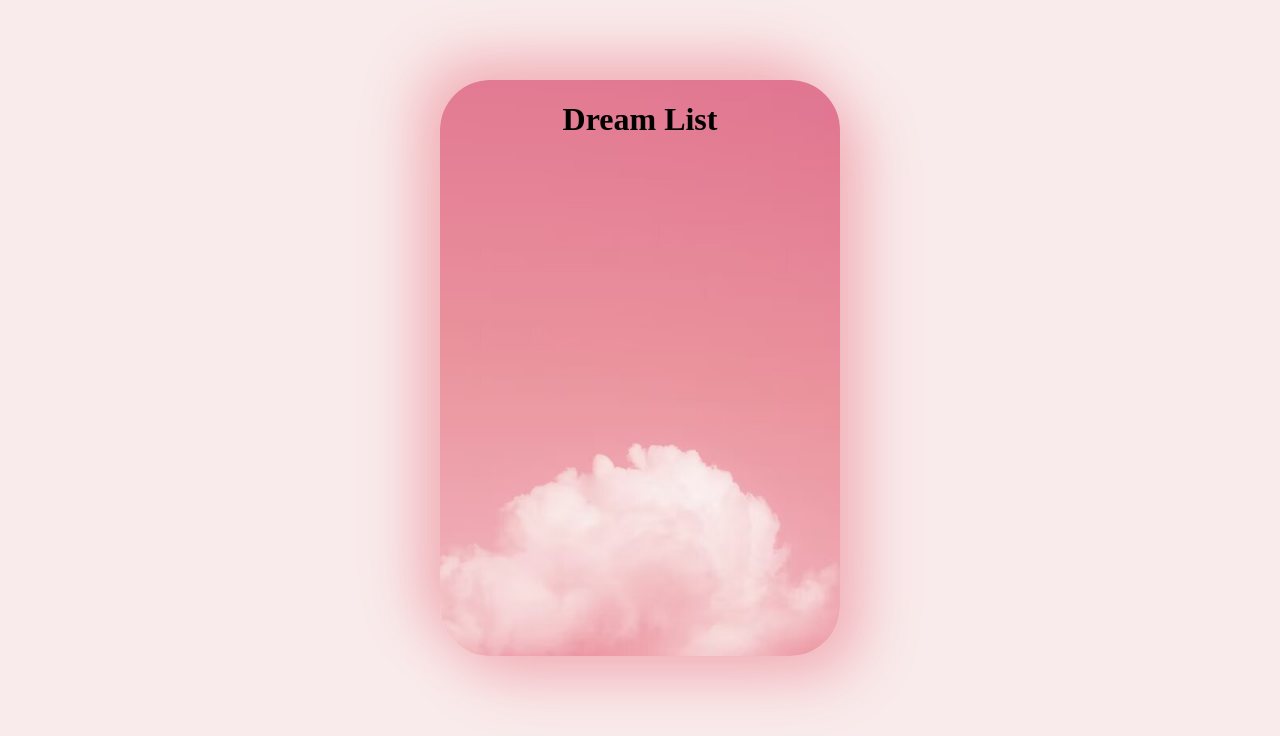
Repository: asya-aisa/grocery-list
Page: /
An editor plug-in stored every save of this project. The page is shown before and after a run of saves, followed by the edit.
The browser window is 1280 px wide. The pictures show the whole page.
The project was rebuilt for these pictures with package versions that can differ from the ones it lists, and the page was loaded fresh each time.

Above is the page before, as saved 2023-07-14 15:00:00.

### src/App.js

import './App.css';

function App() {
  return (
    <div className="App">
      <div className='container'>
        <h1>Dream List</h1>
      </div>

    </div>
  );
}

export default App;

### src/App.css
.App {
  background-image: url(fon-img.jpg);
  background-position: center;
  background-size: cover;
  background-repeat: no-repeat;
  width: 400px;
  min-height: 80vh;
  margin: 80px auto;
  border-radius: 50px;
  box-shadow:  20px 20px 60px #f1b0b8,
             -20px -20px 60px #f1b0b8;
}
body {
  background-color: #f9ebeb;
}
.container {
  display: flex;
  justify-content: center;
}
h1 {
  color: ;
}

/* f6e8e7 */

Loaded but not shown: public/index.html (common file); src/index.js (common file); src/reportWebVitals.js (common file)

After the next 5 saves:
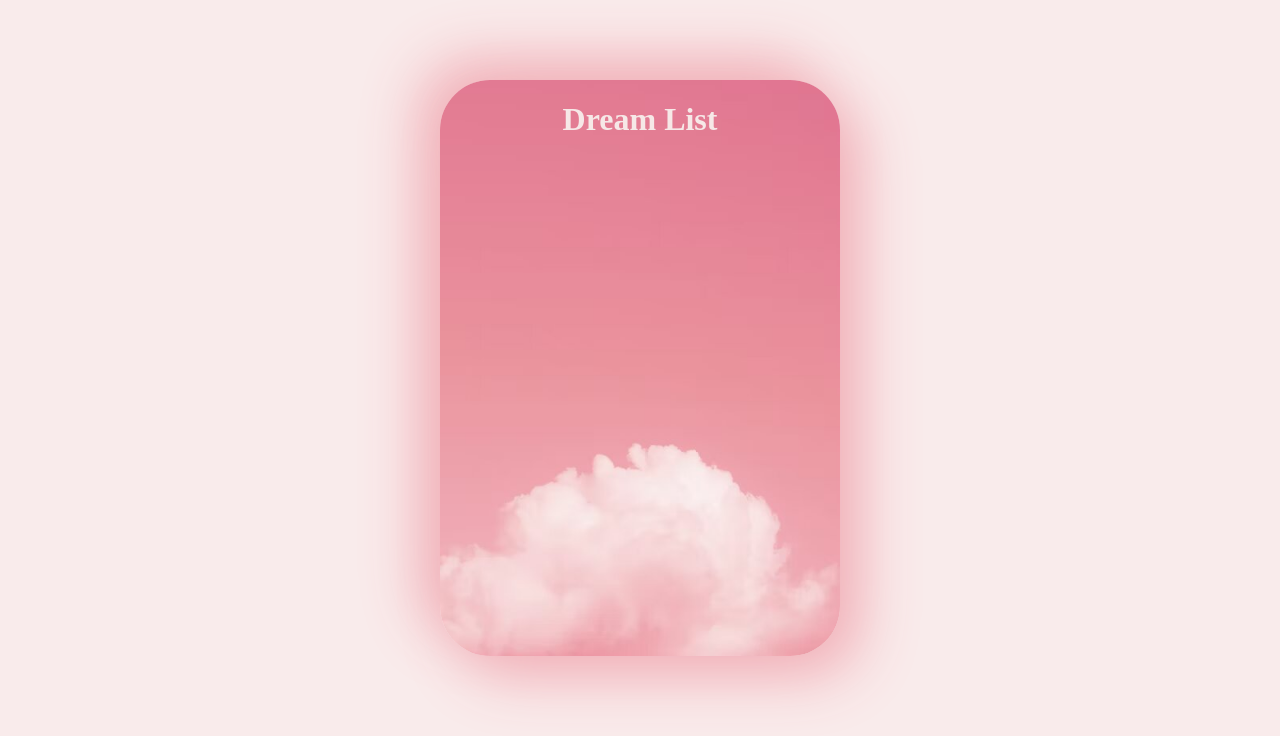
The 5 saves are shown as one change because they came seconds apart.
The last was saved 15 s later.
--- a/src/App.css
+++ b/src/App.css
@@ -18,7 +18,5 @@ body {
   justify-content: center;
 }
 h1 {
-  color: ;
+  color:#f6e8e7;
 }
-
-/* f6e8e7 */
